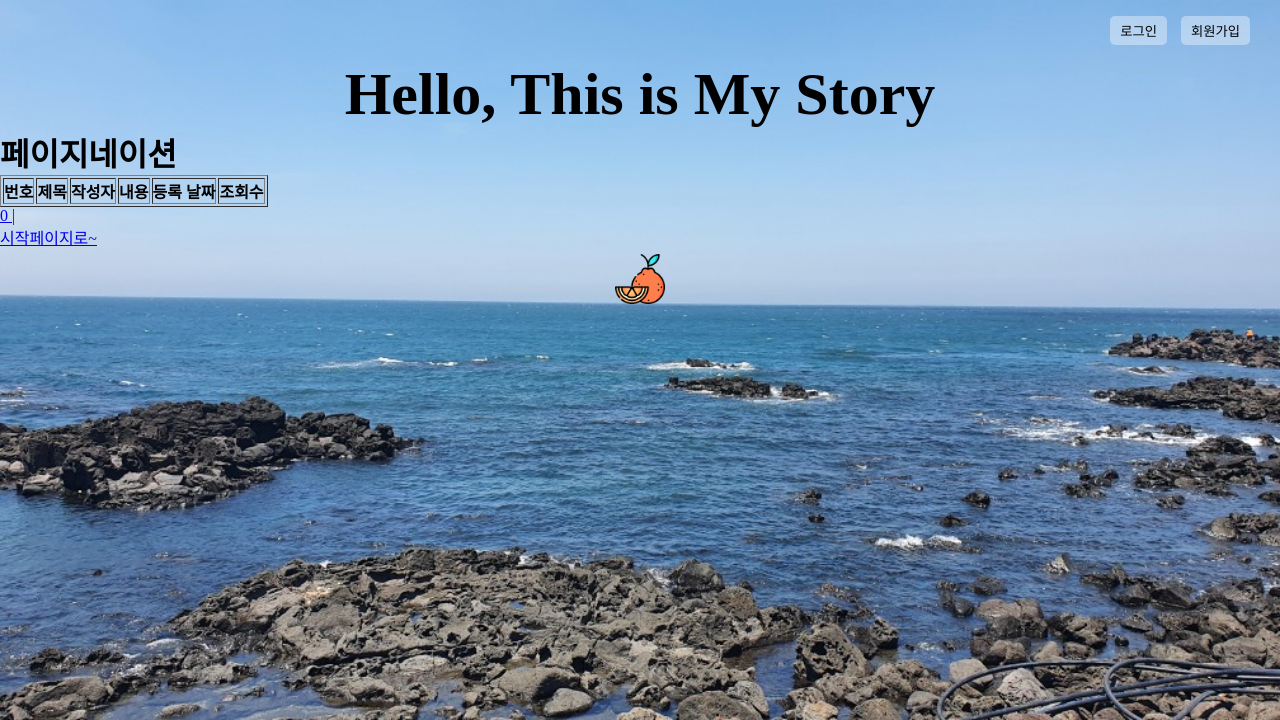
Repository: jeeniii/test2022_12_29
Page: http://localhost/portfolio/board/list.jsp
The author's editor kept a copy of each file at every save. The page is drawn from the files as they stood at one save, then again after the next save.
The browser window is 1280 px wide. The pictures show the whole page.
The page is served by Tomcat 9. The template is opened directly, without the code that normally fills it, so the values that code supplies are empty.

Above is the page before, as saved 2022-12-13 13:51:04.

After the next save:
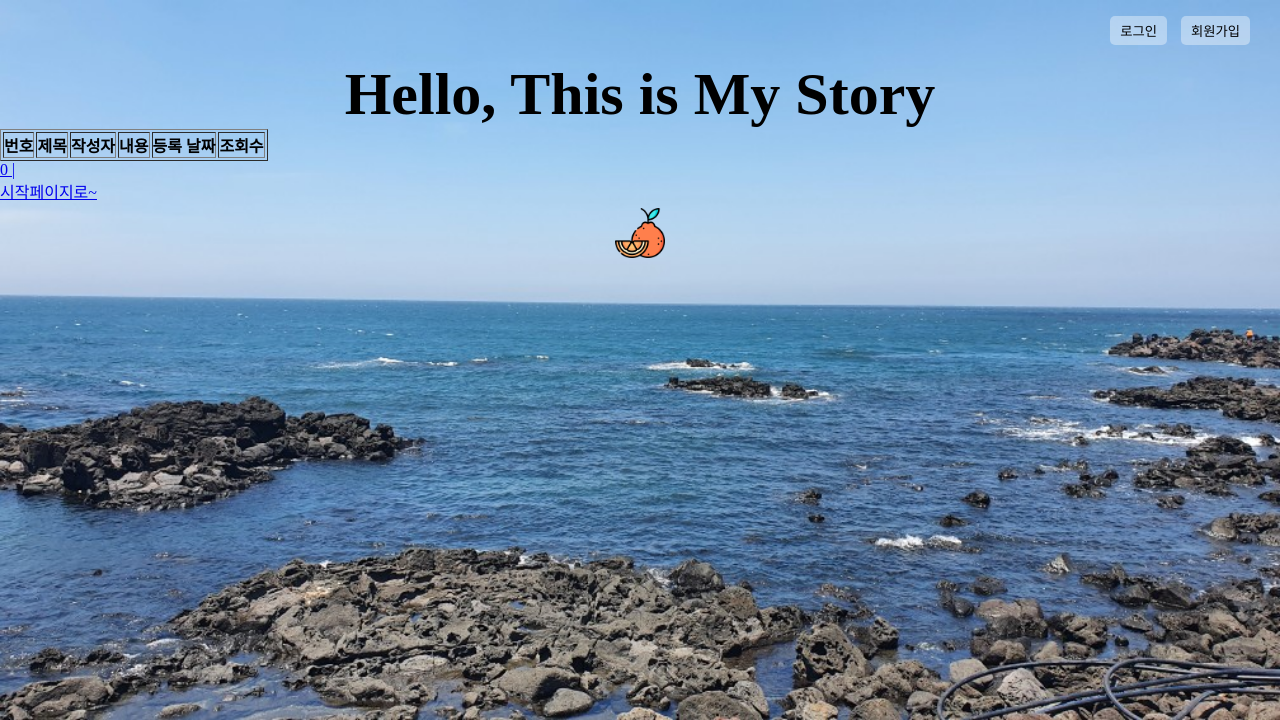
Saved 90 s later.
--- a/JSP_Portfolio/portfolio/src/main/webapp/board/list.jsp
+++ b/JSP_Portfolio/portfolio/src/main/webapp/board/list.jsp
@@ -10,7 +10,6 @@
 <%@ include file="/header.jsp" %>
 </head>
 <body>
-<h1>페이지네이션</h1>
 <div class="pagetable">
 	<table border="1">
 		<tr>
